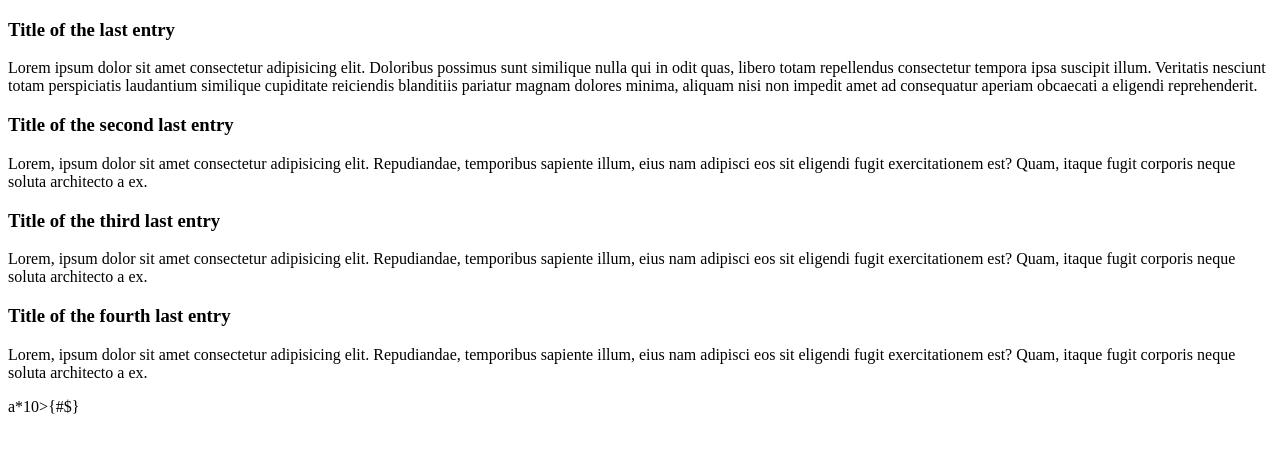
Repository: KikiMcArron/Don_Kiki_McArron
Page: index.html
The author's editor kept a copy of each file at every save. The page is drawn from the files as they stood at one save, then again after the next save.
The browser window is 1280 px wide. The pictures show the whole page.

Above is the page before, as saved 2022-04-10 19:10:43.

After the next save:
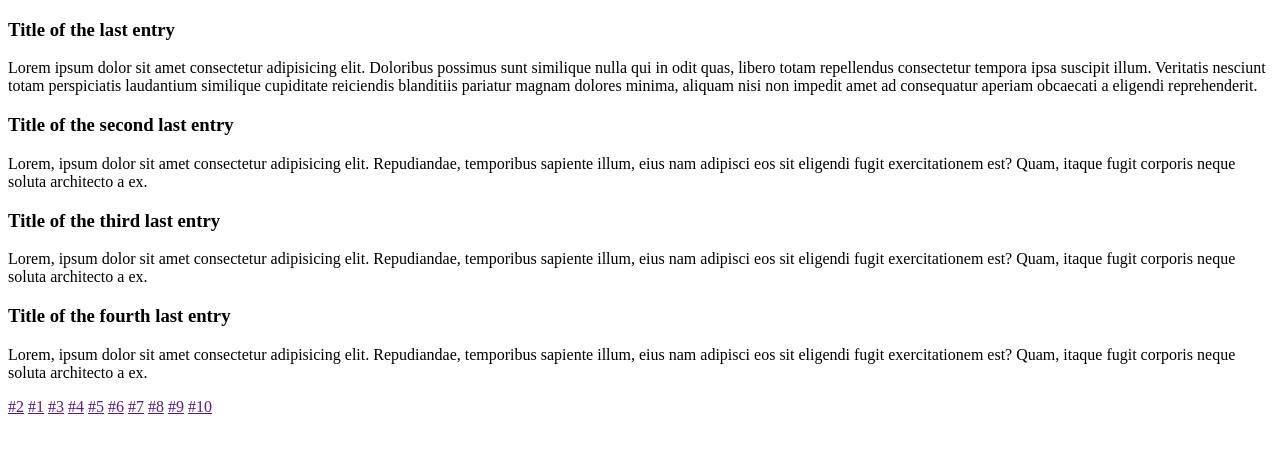
Saved 8 s later.
--- a/index.html
+++ b/index.html
@@ -43,7 +43,16 @@
             </article>
         </section>
         <section class="hitory_entries">
-            a*10>{#$}
+            <a href="">#2</a>
+            <a href="">#1</a>
+            <a href="">#3</a>
+            <a href="">#4</a>
+            <a href="">#5</a>
+            <a href="">#6</a>
+            <a href="">#7</a>
+            <a href="">#8</a>
+            <a href="">#9</a>
+            <a href="">#10</a>
 
         </section>
     </main>
